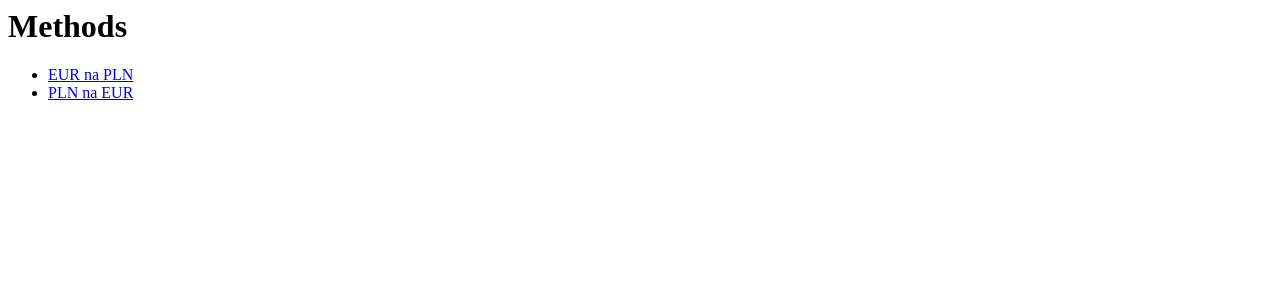
Repository: kuska-marcin/SRIR
Page: http://localhost/KantorWSClient/sampleKantorPrzeliczProxy/Method.jsp
The author's editor kept a copy of each file at every save. The page is drawn from the files as they stood at one save, then again after the next save.
The browser window is 1280 px wide. The pictures show the whole page.
The page is served by Tomcat 9.

Above is the page before, as saved 2016-01-12 22:20:29.

After the next save:
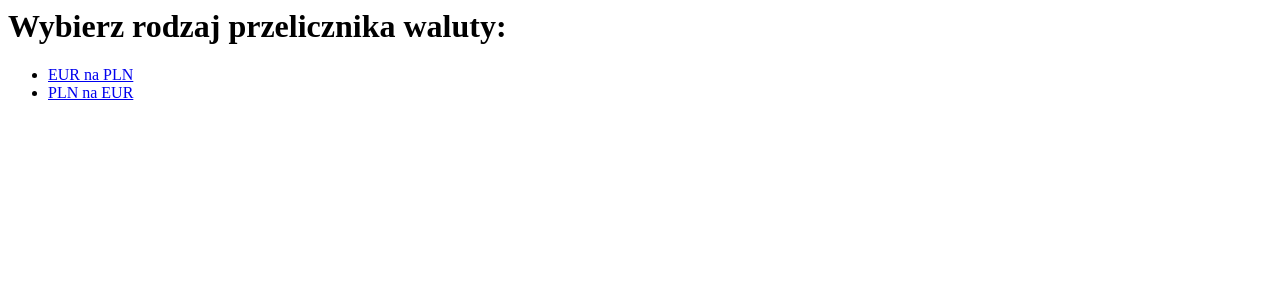
Saved 42 s later.
--- a/KantorWSClient/WebContent/sampleKantorPrzeliczProxy/Method.jsp
+++ b/KantorWSClient/WebContent/sampleKantorPrzeliczProxy/Method.jsp
@@ -1,9 +1,9 @@
 <%@page contentType="text/html;charset=UTF-8"%><HTML>
 <HEAD>
-<TITLE>Methods</TITLE>
+<TITLE>Kantor</TITLE>
 </HEAD>
 <BODY>
-<H1>Methods</H1>
+<H1>Wybierz rodzaj przelicznika waluty:</H1>
 <UL>
 <LI><A HREF="Input.jsp?method=13" TARGET="inputs"> EUR na PLN</A></LI>
 <LI><A HREF="Input.jsp?method=18" TARGET="inputs"> PLN na EUR</A></LI>
